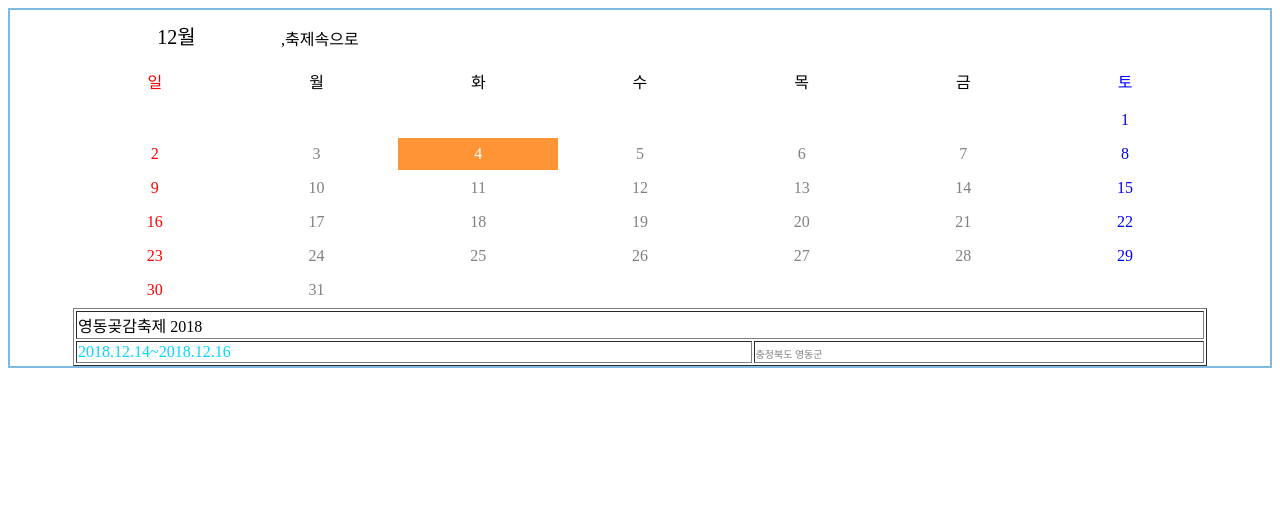
Repository: jih3508/Webproject_Rest
Page: http://localhost/comma1004/include/sideCalendar.jsp
The author's editor kept a copy of each file at every save. The page is drawn from the files as they stood at one save, then again after the next save.
The browser window is 1280 px wide. The pictures show the whole page.
The page is served by Tomcat 9. Nobody is signed in. The application's start-up code is not run. Other server files are loaded and not shown.

Above is the page before, as saved 2018-12-04 11:48:24.

### comma1004/src/main/webapp/include/sideCalendar.jsp
<%@ page language="java" contentType="text/html; charset=UTF-8"
    pageEncoding="UTF-8"%>
    <%@ page import="java.util.Calendar" %>
 <%
 Calendar cal = Calendar.getInstance();

 int y = 0;
 int m = 0;
 int day =0; //오늘 날짜 출력

	 y = cal.get(Calendar.YEAR);
	 m = cal.get(Calendar.MONTH);
	 day = cal.get(Calendar.DATE);

 cal.set(y,m,1);  // 출력 월의  1일날로 세팅 ( 1일날의 요일을 얻기 위해)

 int dayOfWeek = cal.get(Calendar.DAY_OF_WEEK);       // 1일날의 요일
 int lastDay = cal.getActualMaximum(Calendar.DATE);   // 마지막 날짜
%>

<!DOCTYPE html PUBLIC "-//W3C//DTD HTML 4.01 Transitional//EN" "http://www.w3.org/TR/html4/loose.dtd">
<html>
<head>
<meta http-equiv="Content-Type" content="text/html; charset=UTF-8">
<title>Insert title here</title>
</head>
<body>
<style>
	.calendar{
		overflow:hidden;
		border:2px solid #80BCE1;
		text-align:center;
	}
	.calendar table{
		width:90%;
	}
</style>
<div>
<div class="calendar" >
   <table border="0" align="center" style="margin-top:8px;" >
   <colgroup>
			<col width="18%"/>
			<col width="82%"/>

	</colgroup>
   <tr>
   	   	<td style="font-size:20px; witdh:5%;"><%=m+1 %>월</td><td style="vertical-align:bottom; text-align:left; "> ,축제속으로</td>
   </tr>
   </table>
<table border="0" align="center" width="10%;" height="250px" style="margin-top:5px;">
<tr>
<td style="color:red; ">일</td><td>월</td><td>화</td><td>수</td><td>목</td><td>금</td><td style="color:blue; ">토</td>
</tr>
<%
 for(int i=1; i<dayOfWeek; i++) {
 %>
       <td></td>
 <%
 }
 for(int d=1; d<=lastDay; d++) {

	 if(dayOfWeek%7 == 0)  {
		 if(d == day){
			%>
			<td style="background-color:#FF9436; color:blue;"><%=d %> </td>
			<%
		 }
		 else{

			 out.print("<td><font color=blue>"+d+"</font></td>");

		 }
	 } else if(dayOfWeek%7 == 1) {
		 if(d==day){
		%>
		<td style="background-color:#FF9436; color:blue;"><%=d %></td>
		<%
		 }
		 else{
		 out.print("<td><font color=red>"+d+"</font></td>");
		 }
	} else {
		if(d == day){
		%>
		<td style="background-color:#FF9436; color:#FFFFFF;"><%=d %></td>
		<%
		}
		else
		{
 	%>
          <td style="color:gray;"><%=d %> </td>
   <%
		}
	 }

	 if(dayOfWeek%7 == 0) {
   %>
    </t><tr>
   <%
     }
     dayOfWeek++;
 }
 %>

    </tr>
</table>
<table align="center" border="1">
	<colgroup>
		<col width="60%"/>
		<col width="40%"/>
	</colgroup>
	<tr>
		<td colspan="2" align="left">영동곶감축제 2018</td>
	</tr>
	<tr>
		<td style="color:#00D8FF; text-align:left; ">2018.12.14~2018.12.16</td>
		<td style="color:gray; font-size:10px;  text-align:left; vertical-align:bottom; ">충정북도 영동군</td>
	</tr>
</table>
</div>
</div>
</body>
</html>

After the next save:
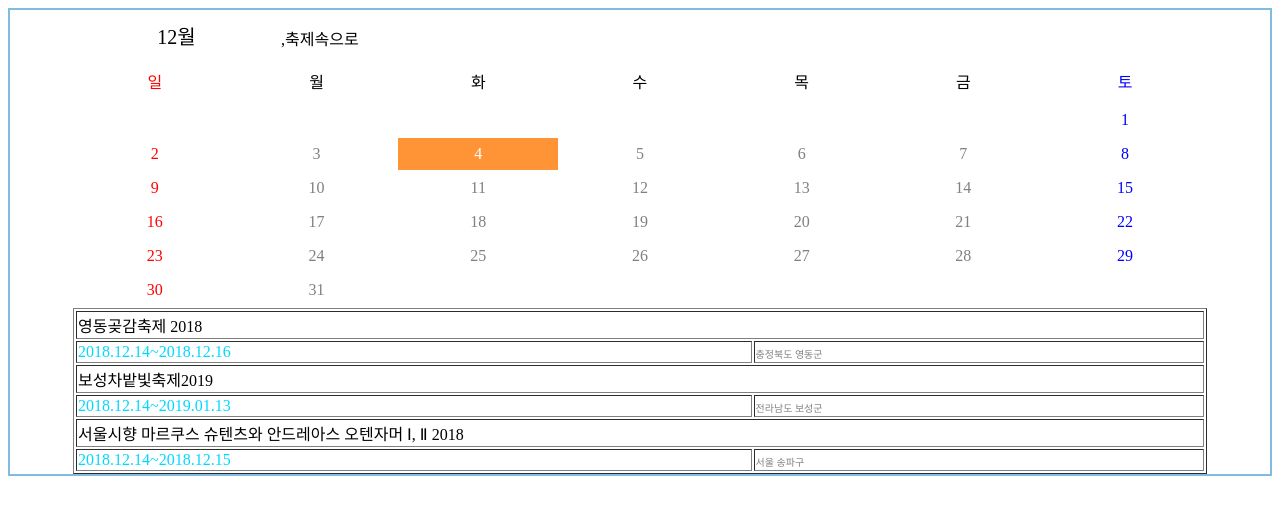
Saved 4 min 0 s later.
--- a/comma1004/src/main/webapp/include/sideCalendar.jsp
+++ b/comma1004/src/main/webapp/include/sideCalendar.jsp
@@ -116,6 +116,20 @@
 		<td style="color:#00D8FF; text-align:left; ">2018.12.14~2018.12.16</td>
 		<td style="color:gray; font-size:10px;  text-align:left; vertical-align:bottom; ">충정북도 영동군</td>
 	</tr>
+	<tr>
+		<td colspan="2" align="left">보성차밭빛축제2019</td>
+	</tr>
+	<tr>
+		<td style="color:#00D8FF; text-align:left; ">2018.12.14~2019.01.13</td>
+		<td style="color:gray; font-size:10px;  text-align:left; vertical-align:bottom; ">전라남도 보성군</td>
+	</tr>
+	<tr>
+		<td colspan="2" align="left">서울시향 마르쿠스 슈텐츠와 안드레아스 오텐자머 Ⅰ, Ⅱ  2018</td>
+	</tr>
+	<tr>
+		<td style="color:#00D8FF; text-align:left; ">2018.12.14~2018.12.15</td>
+		<td style="color:gray; font-size:10px;  text-align:left; vertical-align:bottom; ">서울 송파구</td>
+	</tr>
 </table>
 </div>
 </div>
